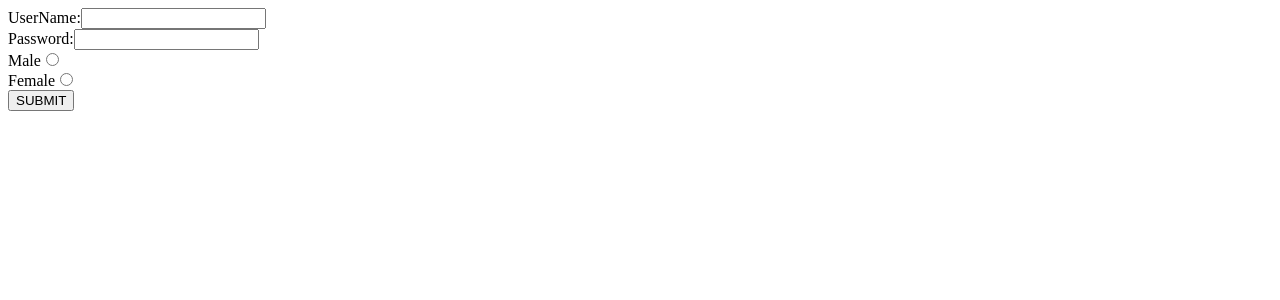
Repository: Abhishek1923/JAVA
Page: Java Concepts/JEE/Test02/WebContent/login.html
The author's editor kept a copy of each file at every save. The page is drawn from the files as they stood at one save, then again after the next save.
The browser window is 1280 px wide. The pictures show the whole page.

Above is the page before, as saved 2020-02-28 08:45:46.

After the next save:
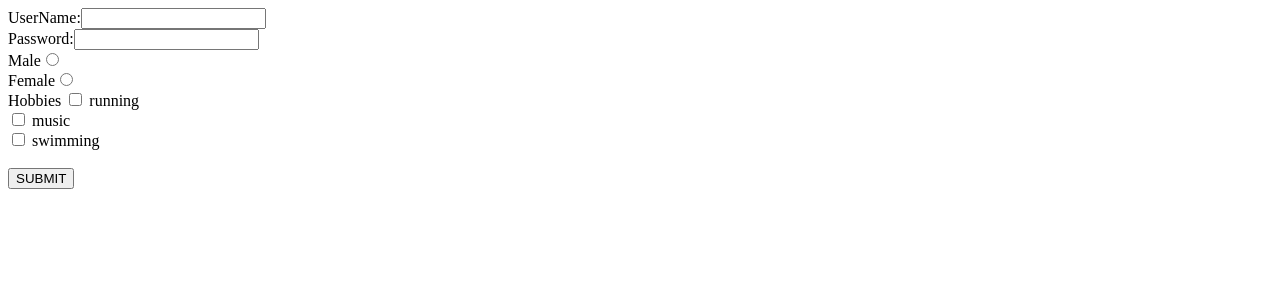
Saved 6 min 45 s later.
--- a/Java Concepts/JEE/Test02/WebContent/login.html
+++ b/Java Concepts/JEE/Test02/WebContent/login.html
@@ -3,6 +3,12 @@
 	Password:<input type="text" name="password"/><br>
 	Male<input type="radio" name="gender" value="male"> <br>
 	Female<input type="radio" name="gender" value="female"><br>
+	Hobbies  <input type="checkbox" id="hobby1" name="hobbies" value="running">
+  <label for="vehicle1"> running</label><br>
+  <input type="checkbox" id="hobby1" name="hobbies" value="music">
+  <label for="vehicle2">music</label><br>
+  <input type="checkbox" id="hobby1" name="hobbies" value="swimming">
+  <label for="vehicle3">swimming</label><br><br>
 	<input type="submit" value="SUBMIT"/>
 
 </form>
